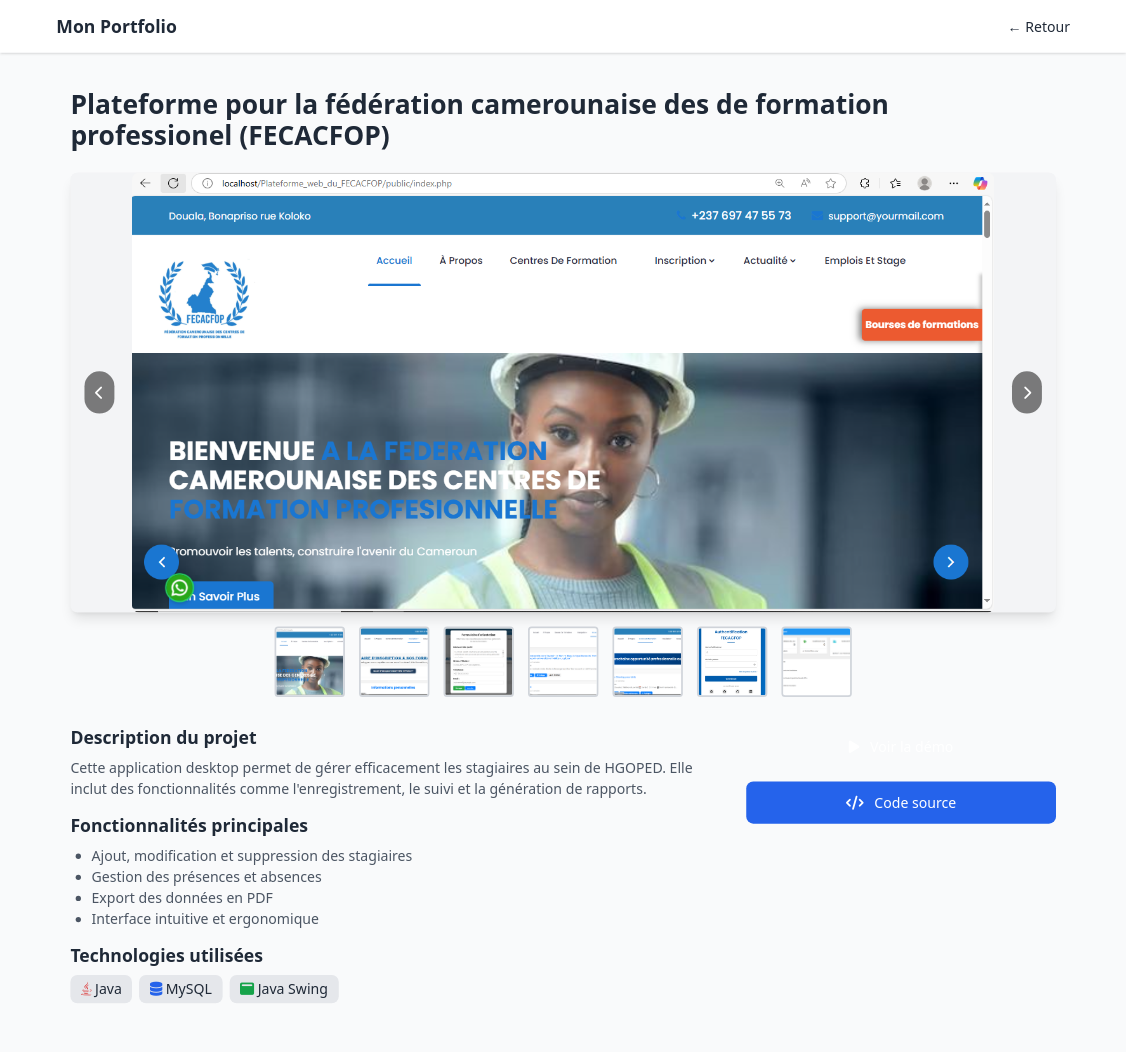
Repository: Edongo999/landry-portfolio
Page: projet-plateforme-web-FECACFOP.html
These files come from the project's save history. The page is drawn as it stood at one moment and after the next save; the edit follows.
The browser window is 1280 px wide. The pictures show the whole page, at 88% of full size.
Some web libraries are served in a nearby version.

Above is the page before, as saved 2025-09-11 06:48:41.

### projet-plateforme-web-FECACFOP.html

<!DOCTYPE html>
<html lang="fr">
<head>
  <meta charset="UTF-8" />
  <meta name="viewport" content="width=device-width, initial-scale=1.0" />
  <title>Détail du projet - Portfolio</title>
  <script src="https://cdn.tailwindcss.com"></script>
  <link rel="stylesheet" href="https://cdnjs.cloudflare.com/ajax/libs/font-awesome/6.4.0/css/all.min.css">
</head>
<body class="bg-gray-50 text-gray-800">

  <!-- Header -->
  <header class="bg-white shadow p-4 sticky top-0 z-50">
    <div class="max-w-6xl mx-auto flex justify-between items-center">
      <h1 class="text-xl font-bold">Mon Portfolio</h1>
      <a href="index.html" class="text-primary-600 hover:underline">← Retour</a>
    </div>
  </header>

  <!-- Section Détail Projet -->
  <section class="max-w-6xl mx-auto px-4 py-10">
    <h2 class="text-3xl font-bold mb-6">Plateforme pour la fédération camerounaise des de formation professionel (FECACFOP) </h2>

    <!-- Slider images/vidéos -->
    <div class="relative w-full max-h-[500px] mx-auto overflow-hidden rounded-lg shadow-lg mb-4 flex justify-center items-center bg-gray-100">
      <div id="slide-container" class="w-full flex justify-center items-center"></div>
      <button onclick="prevSlide()" class="absolute top-1/2 left-4 transform -translate-y-1/2 bg-black/50 text-white p-3 rounded-full z-10">
        <i class="fas fa-chevron-left"></i>
      </button>
      <button onclick="nextSlide()" class="absolute top-1/2 right-4 transform -translate-y-1/2 bg-black/50 text-white p-3 rounded-full z-10">
        <i class="fas fa-chevron-right"></i>
      </button>
    </div>

    <!-- Miniatures -->
    <div class="flex justify-center gap-4 mb-8">
      <img src="assets/img/FECACFOP/CaptureACCUEIL.PNG" class="w-20 h-20 object-cover cursor-pointer border-2 border-primary-600 rounded" onclick="goToSlide(0)">
      <img src="assets/img/FECACFOP/CaptureINSCRIPTION.PNG" class="w-20 h-20 object-cover cursor-pointer border-2 border-gray-300 rounded" onclick="goToSlide(1)">
      <img src="assets/img/FECACFOP/CaptureORIENTATION.PNG" class="w-20 h-20 object-cover cursor-pointer border-2 border-gray-300 rounded" onclick="goToSlide(2)">
      <img src="assets/img/FECACFOP/CaptureActualité.PNG" class="w-20 h-20 object-cover cursor-pointer border-2 border-gray-300 rounded" onclick="goToSlide(3)">
      <img src="assets/img/FECACFOP/CaptureEMPLLOI.PNG" class="w-20 h-20 object-cover cursor-pointer border-2 border-gray-300 rounded" onclick="goToSlide(4)">
      <img src="assets/img/FECACFOP/AUTHENT.PNG" class="w-20 h-20 object-cover cursor-pointer border-2 border-gray-300 rounded" onclick="goToSlide(5)">
      <img src="assets/img/FECACFOP/DASHBORD.PNG" class="w-20 h-20 object-cover cursor-pointer border-2 border-gray-300 rounded" onclick="goToSlide(6)">
      <!-- Exemple vidéo miniature -->
      <!-- <img src="assets/img/video-thumb.png" class="w-20 h-20 object-cover cursor-pointer border-2 border-gray-300 rounded" onclick="goToSlide(3)"> -->
    </div>

    <!-- Description et boutons -->
    <div class="grid grid-cols-1 md:grid-cols-3 gap-8">
      <div class="md:col-span-2">
        <h3 class="text-xl font-semibold mb-2">Description du projet</h3>
        <p class="text-gray-600 mb-4">
          Cette application desktop permet de gérer efficacement les stagiaires au sein de HGOPED.
          Elle inclut des fonctionnalités comme l'enregistrement, le suivi et la génération de rapports.
        </p>

        <h3 class="text-xl font-semibold mb-2">Fonctionnalités principales</h3>
        <ul class="list-disc pl-6 text-gray-600 mb-4">
          <li>Ajout, modification et suppression des stagiaires</li>
          <li>Gestion des présences et absences</li>
          <li>Export des données en PDF</li>
          <li>Interface intuitive et ergonomique</li>
        </ul>

        <h3 class="text-xl font-semibold mb-2">Technologies utilisées</h3>
        <div class="flex flex-wrap gap-2 mb-4">
          <span class="flex items-center gap-1 px-3 py-1 bg-gray-200 rounded-lg">
            <i class="fab fa-java text-red-600"></i> Java
          </span>
          <span class="flex items-center gap-1 px-3 py-1 bg-gray-200 rounded-lg">
            <i class="fas fa-database text-blue-600"></i> MySQL
          </span>
          <span class="flex items-center gap-1 px-3 py-1 bg-gray-200 rounded-lg">
            <i class="fas fa-window-maximize text-green-600"></i> Java Swing
          </span>
        </div>
      </div>

      <!-- Boutons -->
      <div class="space-y-4">
        <a href="projet-gestion-stagiaires.html" class="block w-full bg-primary-600 text-white py-3 rounded-lg text-center hover:bg-primary-700">
          <i class="fas fa-play mr-2"></i> Voir la démo
        </a>
        <a href="https://github.com/toncompte/nom-du-projet" target="_blank" class="block w-full bg-blue-600 text-white py-3 rounded-lg text-center hover:bg-blue-700">
          <i class="fas fa-code mr-2"></i> Code source
        </a>
      </div>
    </div>
  </section>

<script>
  const slides = [
    { type: 'image', src: "assets/img/FECACFOP/CaptureACCUEIL.PNG" },
    { type: 'image', src: "assets/img/FECACFOP/CaptureINSCRIPTION.PNG" },
    { type: 'image', src: "assets/img/FECACFOP/CaptureORIENTATION.PNG" },
    { type: 'image', src: "assets/img/FECACFOP/CaptureActualité.PNG" },
    { type: 'image', src: "assets/img/FECACFOP/CaptureEMPLLOI.PNG" },
    { type: 'image', src: "assets/img/FECACFOP/AUTHENT.PNG" },
    { type: 'image', src: "assets/img/FECACFOP/DASHBORD.PNG" },
    // { type: 'video', src: "assets/video/demo.mp4" } // Exemple vidéo
  ];
  let index = 0;
  let slideInterval;
  let userInteracting = false;

  const container = document.getElementById("slide-container");

  function showSlide() {
    container.innerHTML = '';
    const slide = slides[index];
    if(slide.type === 'image'){
      const img = document.createElement("img");
      img.src = slide.src;
      img.alt = "Capture du projet";
      img.className = "w-auto max-h-[500px] object-contain rounded-lg transition-all duration-700";
      container.appendChild(img);
    } else if(slide.type === 'video'){
      const video = document.createElement("video");
      video.src = slide.src;
      video.controls = true;
      video.autoplay = true;
      video.className = "w-auto max-h-[500px] object-contain rounded-lg transition-all duration-700";
      container.appendChild(video);
    }

    // Mise à jour des miniatures
    const thumbs = document.querySelectorAll('.flex.justify-center img');
    thumbs.forEach((img, i) => {
      img.classList.toggle('border-primary-600', i === index);
      img.classList.toggle('border-gray-300', i !== index);
    });
  }

  function nextSlide() { index = (index + 1) % slides.length; showSlide(); }
  function prevSlide() { index = (index - 1 + slides.length) % slides.length; showSlide(); }
  function goToSlide(i){ index = i; showSlide(); }

  function startAutoSlide() {
    slideInterval = setInterval(()=>{ if(!userInteracting) nextSlide(); }, 20000);
  }

  function stopAutoSlide(){ clearInterval(slideInterval); }

  const slideWrapper = document.querySelector('.relative');
  const thumbnails = document.querySelectorAll('.flex.justify-center img');

  slideWrapper.addEventListener('mouseenter', () => userInteracting = true);
  slideWrapper.addEventListener('mouseleave', () => userInteracting = false);

  thumbnails.forEach((thumb, i)=>{
    thumb.addEventListener('click', ()=>{
      userInteracting = true;
      goToSlide(i);
      setTimeout(()=> userInteracting=false,2000);
    });
  });

  document.querySelector('.absolute.left-4').addEventListener('click', ()=>{
    userInteracting=true;
    prevSlide();
    setTimeout(()=> userInteracting=false,2000);
  });
  document.querySelector('.absolute.right-4').addEventListener('click', ()=>{
    userInteracting=true;
    nextSlide();
    setTimeout(()=> userInteracting=false,2000);
  });

  showSlide();
  startAutoSlide();
</script>
</body>
</html>

After the next save:
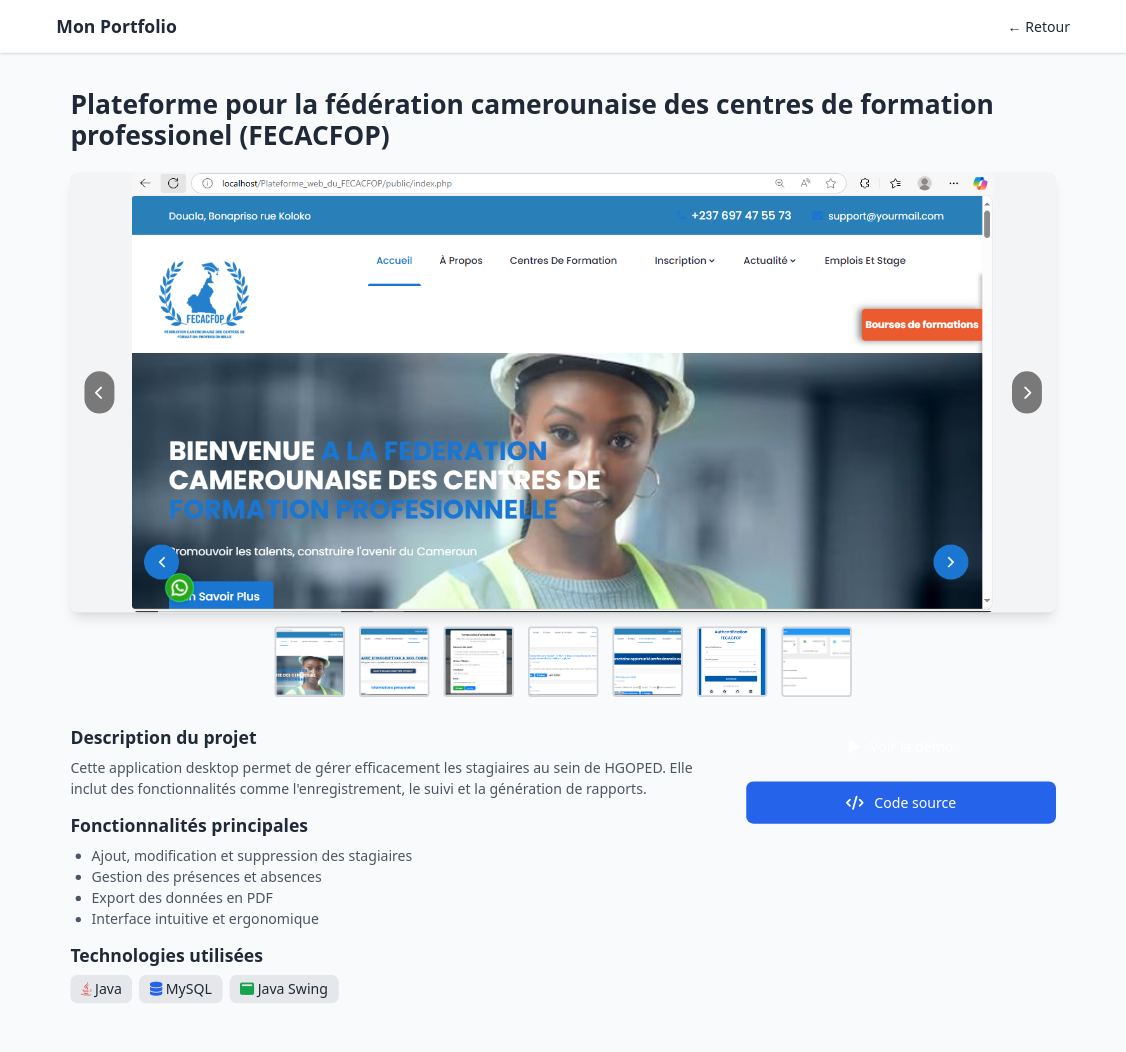
Saved 2 days later.
--- a/projet-plateforme-web-FECACFOP.html
+++ b/projet-plateforme-web-FECACFOP.html
@@ -20,7 +20,7 @@
 
   <!-- Section Détail Projet -->
   <section class="max-w-6xl mx-auto px-4 py-10">
-    <h2 class="text-3xl font-bold mb-6">Plateforme pour la fédération camerounaise des de formation professionel (FECACFOP) </h2>
+    <h2 class="text-3xl font-bold mb-6">Plateforme pour la fédération camerounaise des centres de formation professionel (FECACFOP) </h2>
 
     <!-- Slider images/vidéos -->
     <div class="relative w-full max-h-[500px] mx-auto overflow-hidden rounded-lg shadow-lg mb-4 flex justify-center items-center bg-gray-100">
